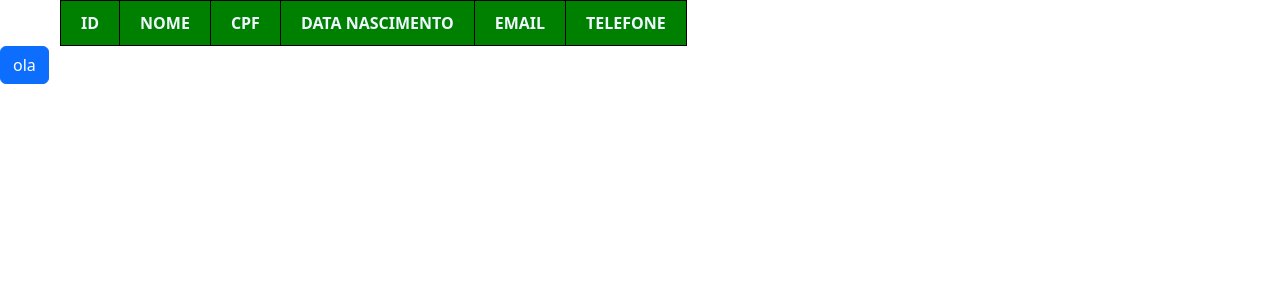
Repository: ujota/crud-cliente
Page: api-clientes/front/html/cliente.html
These files come from the project's save history. The page is drawn as it stood at one moment and after the next save; the edit follows.
The browser window is 1280 px wide. The pictures show the whole page.
The page's requests for data from a server got no answer.

Above is the page before, as saved 2022-10-03 19:04:37.

After the next save:
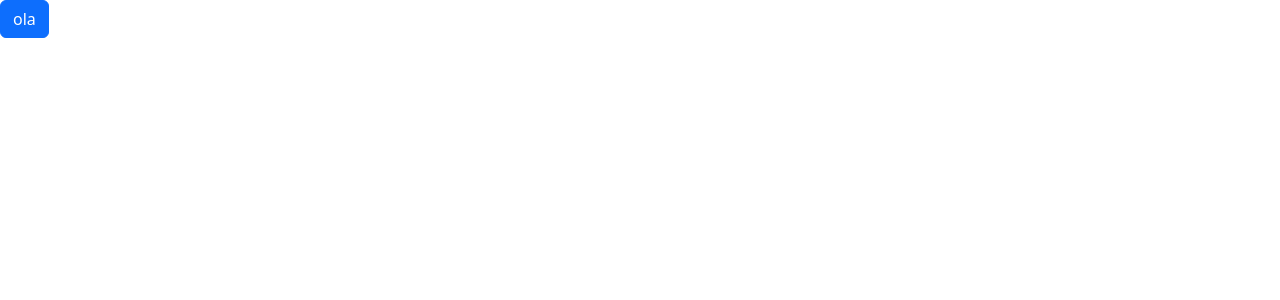
Console error: SyntaxError: Unexpected token '<'
Saved 70 s later.
--- a/api-clientes/front/scripts/cliente.js
+++ b/api-clientes/front/scripts/cliente.js
@@ -86,7 +86,7 @@ requestOptions).then(reponse =>
 			let row_2_data_6 = document.createElement('td');
 			row_2_data_6.innerHTML = item["telefone"];
 			let row_2_data_7 = document.createElement('td');
-			row_2_data_7.innerHTML = item["td"];
+			row_2_data_7.innerHTML = <div><button>Delete</button></div>
 
 
 
